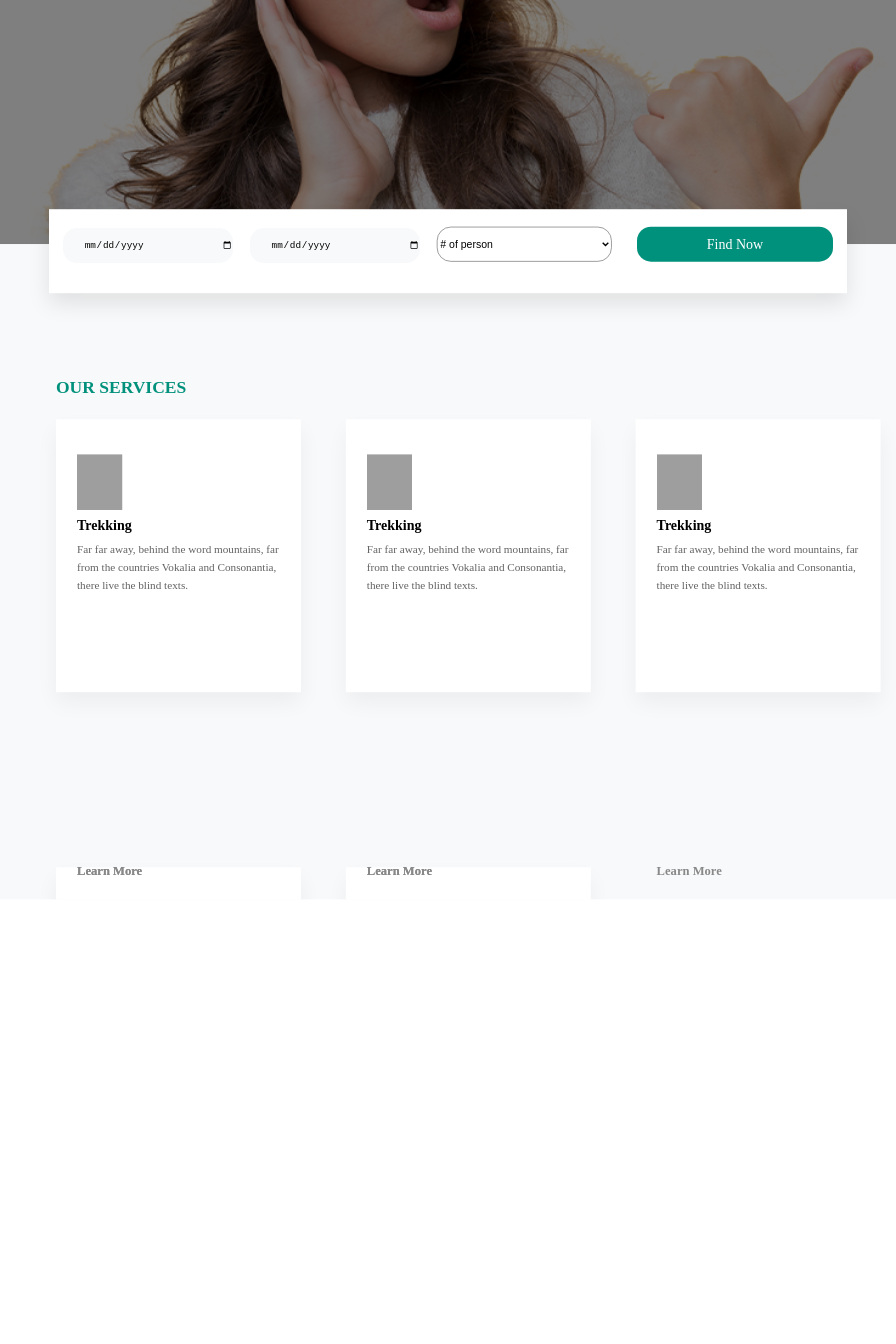
Repository: nhutduy0803/template1
Page: index.html
These files come from the project's save history. The page is drawn as it stood at one moment and after the next save; the edit follows.
The browser window is 1280 px wide. The pictures show the part of the page from y = 587 to 2507 px (the page is 5000 px tall), at 70% of full size.
Pictures or frames that could not be fetched are drawn as grey boxes.

Above is the page before, as saved 2021-11-28 13:27:50.

### index.html
<!DOCTYPE html>
<html lang="en">
  <head>
    <meta charset="UTF-8" />
    <meta http-equiv="X-UA-Compatible" content="IE=edge" />
    <meta name="viewport" content="width=device-width, initial-scale=1.0" />
    <title>TEMPLATE</title>
    <link rel="stylesheet" href="./assets/css/style.css" />
    <link
      rel="stylesheet"
      href="./assets/css/font/fontawesome-free-5.15.4-web/css/all.min.css"
    />
  </head>
  <body>
    <div id="main">
      <div class="slider">
        <div class="header">
          <h2>Hotell</h2>
          <div class="nav">
            <ul>
              <li>Home</li>
              <li>
                Destination
                <i class="fas fa-chevron-down"></i>
                <div class="subnav-one">
                  <ul class="sub-nav">
                    <span>Menu one</span>
                    <span>Menu two</span>
                    <span
                      >Dropdown <i class="fas fa-angle-right"></i>
                      <ul class="sub-nav-two">
                        <span>Menu one</span>
                        <span>Menu two</span>
                        <span>Menu three</span>
                      </ul>
                    </span>
                  </ul>
                </div>
              </li>
              <li>Services</li>
              <li>About</li>
              <li>Contact</li>
            </ul>
            <h3><i class="fas fa-phone-alt"></i> 123 489 9381</h3>
            <p>Once a year go someplace <br />you've never been before.</p>
            <a class="seevideo" href="#">See video</a>
          </div>
          <div class="modal-slider">
            <input type="date" name="" id="" />
            <input type="date" />
            <div class="select-person">
              <select id="number-of-person" class="form-control">
                <option value="#of person"># of person</option>
                <option value="0">0</option>
                <option value="1">1</option>
                <option value="2">2</option>
                <option value="3">3</option>
                <option value="4">4</option>
                <option value="5">5</option>
              </select>
            </div>
            <div class="find-now">Find Now</div>
          </div>
        </div>
        <!-- <img src="./assets/css/img/slider.webp" alt="" /> -->
      </div>
      <div class="card">
        <h2>OUR SERVICES</h2>
        <div class="card-children">
          <div class="img-card">
            <img src="./assets/css/img/trekking.png" alt="" />
          </div>
          <h3>Trekking</h3>
          <p>
            Far far away, behind the word mountains, far from the countries
            Vokalia and Consonantia, there live the blind texts.
          </p>
          <a href="#">Learn More</a>
        </div>
        <div class="card-children">
          <div class="img-card">
            <img src="./assets/css/img/trekking.png" alt="" />
          </div>
          <h3>Trekking</h3>
          <p>
            Far far away, behind the word mountains, far from the countries
            Vokalia and Consonantia, there live the blind texts.
          </p>
          <a href="#">Learn More</a>
        </div>
        <div class="card-children">
          <div class="img-card">
            <img src="./assets/css/img/trekking.png" alt="" />
          </div>
          <h3>Trekking</h3>
          <p>
            Far far away, behind the word mountains, far from the countries
            Vokalia and Consonantia, there live the blind texts.
          </p>
          <a href="#">Learn More</a>
        </div>
        <div class="card-children">
          <div class="img-card">
            <img src="./assets/css/img/trekking.png" alt="" />
          </div>
          <h3>Trekking</h3>
          <p>
            Far far away, behind the word mountains, far from the countries
            Vokalia and Consonantia, there live the blind texts.
          </p>
          <a href="#">Learn More</a>
        </div>
        <div class="card-children">
          <div class="img-card">
            <img src="./assets/css/img/trekking.png" alt="" />
          </div>
          <h3>Trekking</h3>
          <p>
            Far far away, behind the word mountains, far from the countries
            Vokalia and Consonantia, there live the blind texts.
          </p>
          <a href="#">Learn More</a>
        </div>
      </div>
    </div>
  </body>
</html>

### assets/css/style.css
* {
  margin: 0;
  padding: 0;
  box-sizing: border-box;
}

html {
  scroll-behavior: smooth;
}

#main {
  width: 100%;
  height: 5000px;
  background: #fff;
}
.header img {
  width: 100%;
  height: 100%;
}

.header {
  position: relative;
  width: 100%;
  height: 130vh;
  background: linear-gradient(rgba(0, 0, 0, 0.5), rgba(0, 0, 0, 0.5)),
    url("./img/slider.webp") top center / cover no-repeat;
}

.header h3 {
  position: absolute;
  top: 45px;
  right: 100px;
  color: #fff;
  font-size: 15px;
}

.header h2 {
  color: #fff;
  top: 40px;
  position: absolute;
  left: 50px;
}

.nav ul li {
  transition: 0.2s;
  margin: 0 10px;
  display: inline-block;
  color: rgba(221, 221, 221, 0.705);
}

.nav li:hover {
  transition: 0.2s;
  color: #fff;
}

.nav ul li:nth-child(1) {
  color: #fff;
}

.nav {
  padding-top: 45px;
  text-align: center;
}

ul .fa-chevron-down {
  font-size: 10px;
}

.nav ul li:nth-child(2) {
  position: relative;
  transition: 0.3s;
  margin: 0 -35px;
}

.nav ul li:nth-child(2):hover .sub-nav {
  opacity: 1;
  bottom: 10px;
}

.sub-nav {
  border-radius: 10px;
  background: #fff;
  height: 130px;
  width: 180px;
  position: absolute;
  color: #000;
  opacity: 0;
  transition: 0.3s;
  bottom: 0;
}

.subnav-one {
  position: relative;
  height: 150px;
  width: 180px;
}

.sub-nav span {
  padding-right: 70px;
  padding-top: 20px;
  display: block;
}

.sub-nav span:hover {
  color: #00917c;
  transition: 0.2s;
}

.sub-nav span .fa-angle-right {
  position: absolute;
  right: 20px;
}

.sub-nav span:nth-child(3) {
  position: relative;
}

.sub-nav span:nth-child(3):hover .sub-nav-two {
  opacity: 1;
  margin-top: -25px;
}

.sub-nav-two {
  margin-top: 0px;
  margin-left: 180px;
  background: #fff;
  height: 130px;
  width: 180px;
  position: absolute;
  border-radius: 10px;
  color: #000;
  opacity: 0;
  transition: 0.3s;
}

.fa-phone-alt {
  position: absolute;
  left: -55px;
  top: -9px;
  background: rgba(255, 255, 255, 0.2);
  border-radius: 50%;
  height: 40px;
  width: 40px;
  padding-top: 13px;
  color: #fff;
  transition: 0.2s;
  font-size: 15px;
}

.fa-phone-alt:hover {
  border: 2px solid #fff;
  transition: 0.2s;
}

.header p {
  transform: translate(-50%);
  left: 50%;
  color: #fff;
  position: absolute;
  top: 350px;
  font-size: 50px;
}

.seevideo {
  position: absolute;
  top: 500px;
  left: 50%;
  transform: translate(-50%);
  width: 120px;
  height: 50px;
  background: #00917c;
  color: #fff;
  border-radius: 25px;
  display: flex;
  justify-content: center;
  align-items: center;
  text-decoration: none;
  font-size: 17px;
}

.modal-slider {
  z-index: 2;
  width: 1140px;
  height: 120px;
  background: #fff;
  position: absolute;
  bottom: -70px;
  left: 50%;
  transform: translate(-50%);
  box-shadow: 0 15px 30px 0 rgb(0 0 0 / 10%);
}

.modal-slider input {
  margin-top: 27px;
  margin-left: 50px;
  border-radius: 20px;
  background: #f8f9fa;
  padding-left: 30px;
  border: none;
  height: 50px;
  width: 243px;
}

.modal-slider ::-webkit-input-placeholder {
  color: rgba(0, 0, 0, 0.726);
  font-size: 15px;
}

.modal-slider .fa-calendar-alt {
  margin-left: -30px;
}

.modal-slider input {
  margin-left: 20px;
}

.date {
  position: absolute;
  top: 0px;
  width: 200px;
  height: 300px;
  background: #fff;
  z-index: 1;
}

.select-person {
  background: #f8f9fa;
  border-radius: 20px;
  height: 50px;
  width: 250px;
  display: inline-block;
  color: #000;
  margin-left: 20px;
}

.form-control {
  border-radius: 20px;
  background: #fff;
  height: 50px;
  width: 250px;
  color: #000;
  font-size: 15px;
}

.find-now {
  position: absolute;
  right: 20px;
  background: #00917c;
  border-radius: 20px;
  height: 50px;
  width: 280px;
  display: inline-block;
  display: flex;
  justify-content: center;
  align-items: center;
  color: #fff;
  top: 25px;
  font-size: 20px;
}

.find-now:active {
  border: 3px solid #3cc7b2;
}

.card {
  height: 130vh;
  width: 100%;
  background: #f8f9fa;
  position: relative;
  overflow: hidden;
}

.card h2 {
  font-weight: 700;
  position: absolute;
  left: 80px;
  top: 190px;
  font-size: 25px;
  color: #00917c;
}

.card-children {
  margin-right: -20px;
  margin-left: 80px;
  margin-top: 250px;
  background: #fff;
  height: 390px;
  width: 350px;
  box-shadow: 0 15px 30px 0 rgb(0 0 0 / 5%);
  display: inline-block;
}

.img-card {
  margin-top: 50px;
  margin-left: 30px;
  width: 65px;
  height: 80px;
}

.img-card img {
  width: 100%;
  height: 100%;
}

.card-children h3 {
  margin-top: 10px;
  margin-left: 30px;
  font-size: 20px;
}

.card-children p {
  margin-top: 10px;
  margin-left: 30px;
  color: #535252e8;
  line-height: 1.6;
}

.card-children a {
  margin-left: 30px;
  text-decoration: none;
  font-size: 18px;
  color: #888888;
  position: absolute;
  bottom: 30px;
  font-weight: 600;
}

.card-children a:hover {
  color: #000;
}

.card-children2 {
  position: absolute;
  left: 400px;
}

Loaded but not shown: assets/css/font/fontawesome-free-5.15.4-web/css/all.min.css (library)

After the next save:
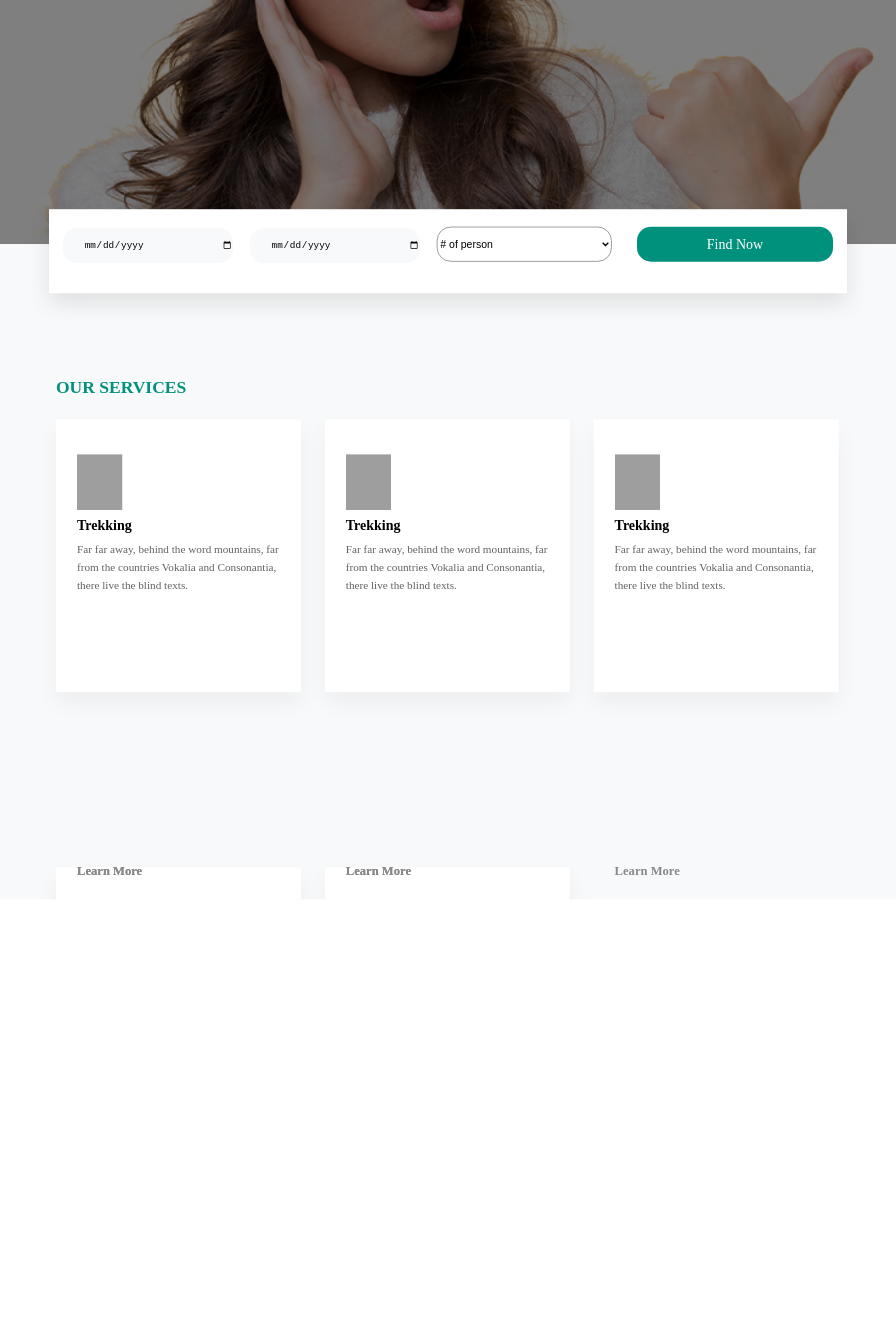
Saved 10 s later.
--- a/assets/css/style.css
+++ b/assets/css/style.css
@@ -280,7 +280,7 @@ ul .fa-chevron-down {
 }
 
 .card-children {
-  margin-right: -20px;
+  margin-right: -50px;
   margin-left: 80px;
   margin-top: 250px;
   background: #fff;
